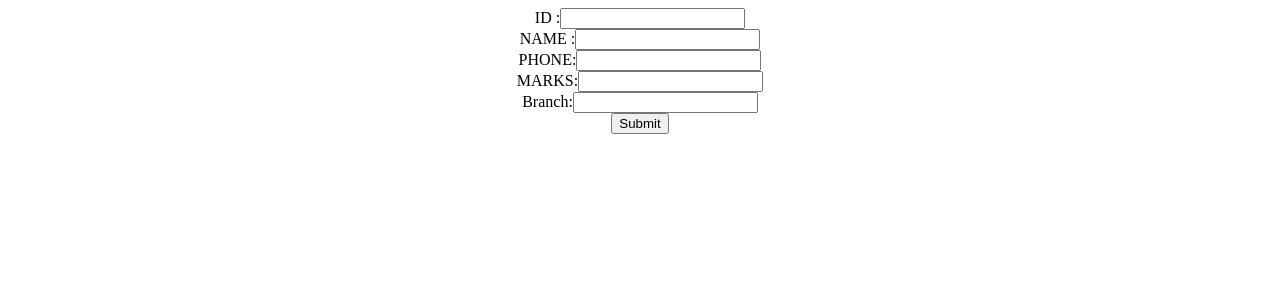
Repository: MayuriShinde124/Mayuri_20136571
Page: Question2StudentRegistrationPage/src/main/webapp/Registration.html
The author's editor kept a copy of each file at every save. The page is drawn from the files as they stood at one save, then again after the next save.
The browser window is 1280 px wide. The pictures show the whole page.

Above is the page before, as saved 2023-07-11 05:32:12.

### Question2StudentRegistrationPage/src/main/webapp/Registration.html
<!DOCTYPE html>
<html>
<head>
<meta charset="ISO-8859-1">
<title>Insert title here</title>
</head>
<body>
<div style="text-align:center;">
<form action="Register">
ID :<input type="text" name="sid"><br>

NAME :<input type="text" name="sname"><br>
PHONE:<input type="text" name="sphone"><br>
MARKS:<input type="text" name="smarks"><br>
Branch:<input type="text" name="sbranch"><br>
<input type="submit" name="click">

</form>

</div>
</body>
</html>

After the next save:
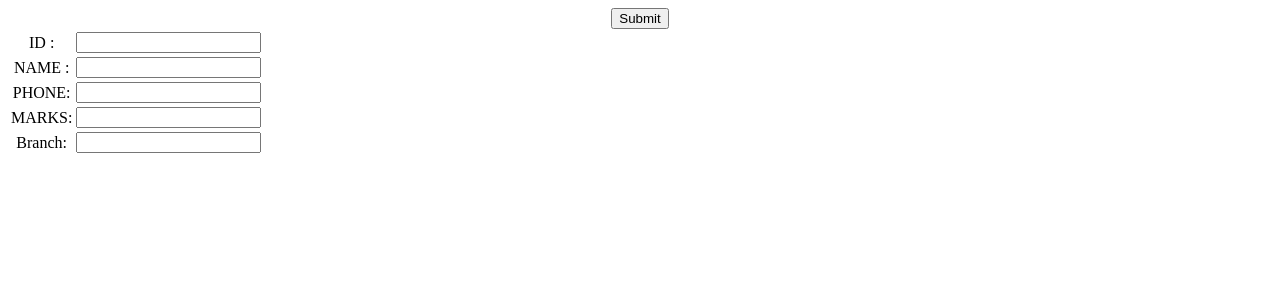
Saved 2 min 19 s later.
--- a/Question2StudentRegistrationPage/src/main/webapp/Registration.html
+++ b/Question2StudentRegistrationPage/src/main/webapp/Registration.html
@@ -7,14 +7,26 @@
 <body>
 <div style="text-align:center;">
 <form action="Register">
-ID :<input type="text" name="sid"><br>
-
-NAME :<input type="text" name="sname"><br>
-PHONE:<input type="text" name="sphone"><br>
-MARKS:<input type="text" name="smarks"><br>
-Branch:<input type="text" name="sbranch"><br>
+<table>
+<tr>
+<td>
+ID :
+</td><td><input type="text" name="sid"></td>
+<tr>
+<td>
+NAME :</td><td><input type="text" name="sname"></td>
+<tr>
+<td>
+PHONE:</td><td><input type="text" name="sphone"</td></tr>
+<tr><td>
+MARKS:
+</td><td><input type="text" name="smarks"></td></tr>
+<tr><td>
+Branch:</td><td><input type="text" name="sbranch"></td></tr>
+<tr>
 <input type="submit" name="click">
-
+</tr>
+</table>
 </form>
 
 </div>
